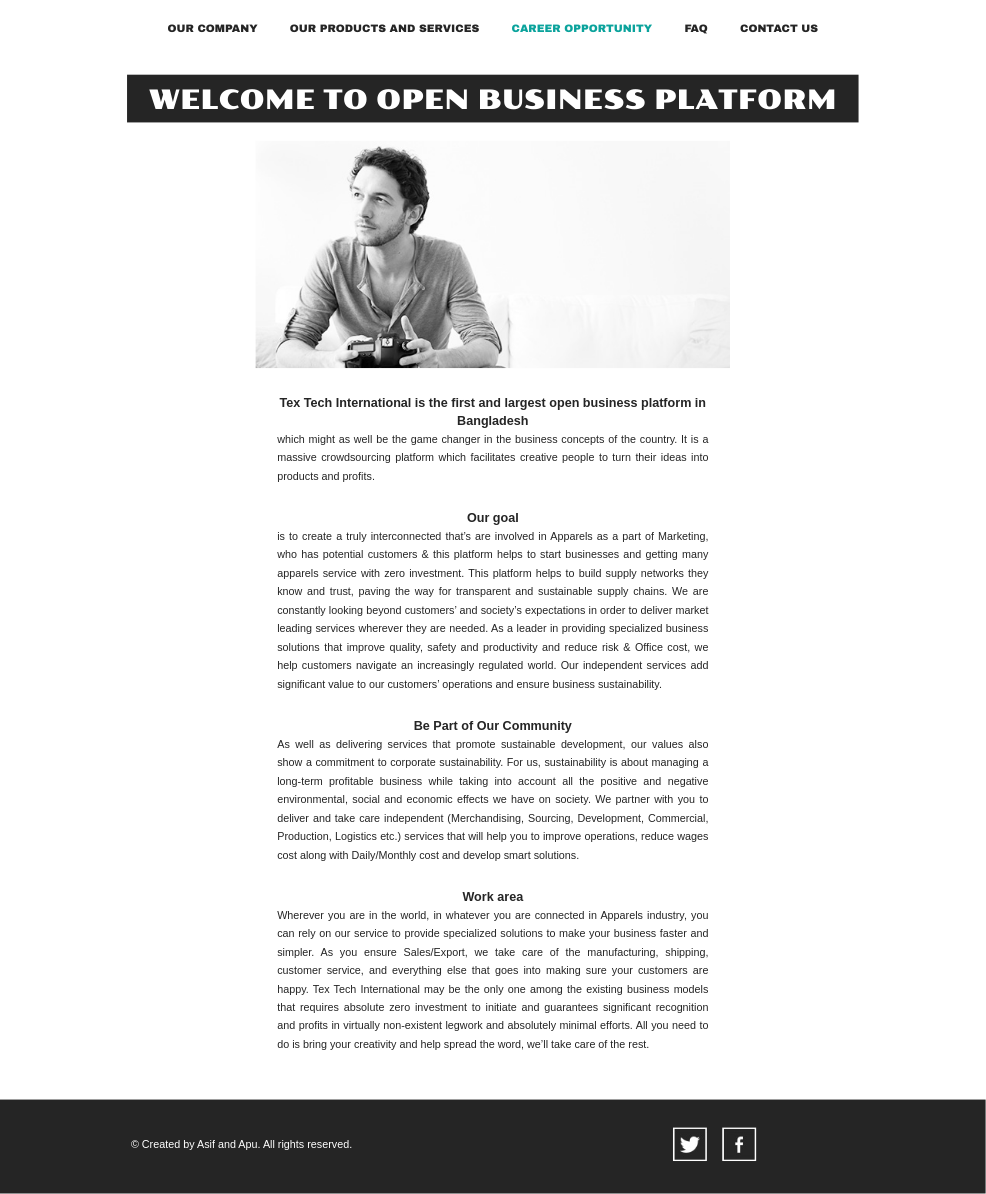
Repository: asifdotpy/textechint
Page: about.html
The author's editor kept a copy of each file at every save. The page is drawn from the files as they stood at one save, then again after a run of saves.
The browser window is 1280 px wide. The pictures show the whole page, at 77% of full size.

Above is the page before, as saved 2021-02-24 00:35:40.

After the next 3 saves:
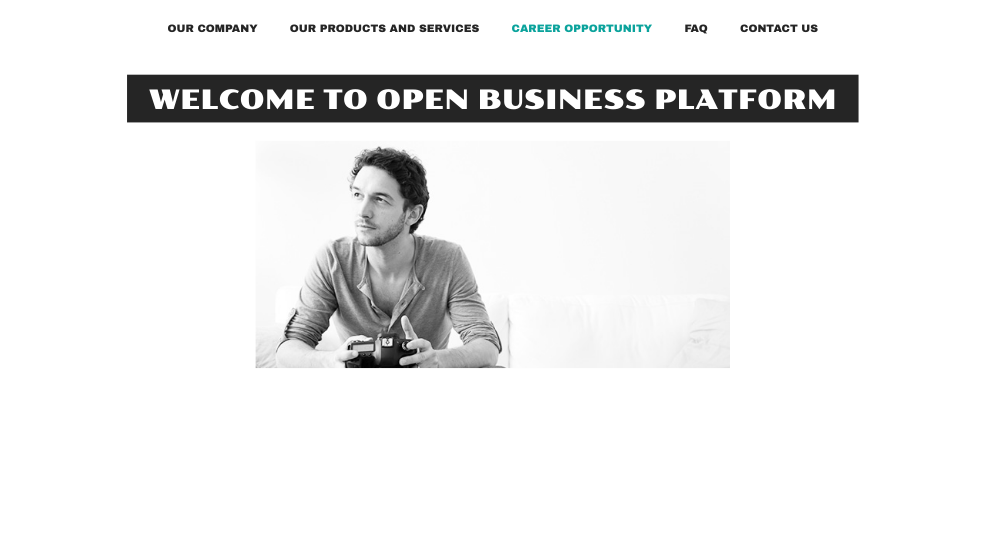
The 3 saves are shown as one change because they came seconds apart.
The last was saved 10 min 36 s later.
--- a/about.html
+++ b/about.html
@@ -34,7 +34,7 @@
 		<div>
 			<img src="images/photographer.jpg" alt="">
 			<div class="article">
-				<h3>Tex Tech International is the first and largest open business platform in Bangladesh</h3>
+				<!--<h3>Tex Tech International is the first and largest open business platform in Bangladesh</h3>
 				<p>
 					which might as well be the game changer in the business concepts of the country. It is a massive crowdsourcing platform which facilitates creative people to turn their ideas into products and profits.
 
